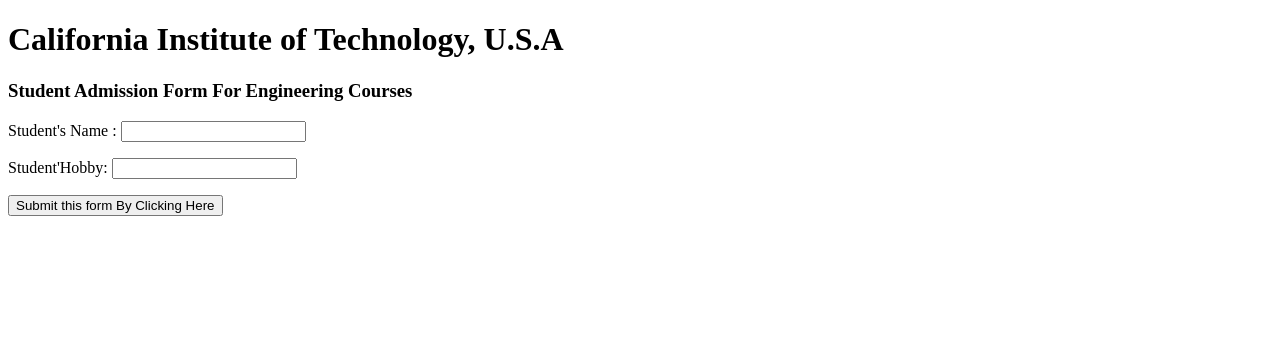
Repository: anujsachan89/Spring-MVC
Page: http://localhost/SpringMVC6/admissionForm
An editor plug-in stored every save of this project. The page is shown before and after the next save, followed by the edit.
The browser window is 1280 px wide. The pictures show the whole page.
The page is served by Tomcat 9.

Above is the page before, as saved 2017-02-04 05:32:16.

After the next save:
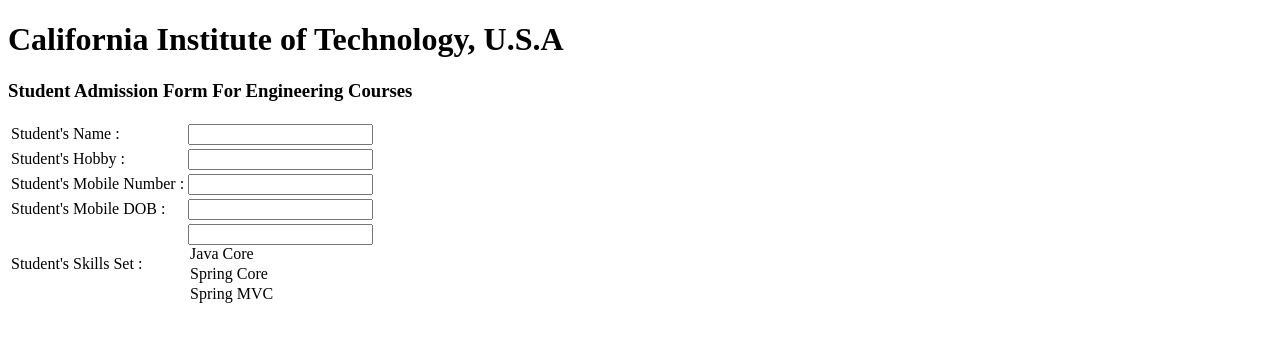
Saved 9 min 11 s later.
--- a/Spring-MVC workspace/SpringMVC6/src/main/webapp/WEB-INF/jsp/AdmissionForm.jsp
+++ b/Spring-MVC workspace/SpringMVC6/src/main/webapp/WEB-INF/jsp/AdmissionForm.jsp
@@ -10,13 +10,33 @@
 	<h1> ${headerMessage} </h1>
 	<h3>Student Admission Form For Engineering Courses</h3>
 	<form action="submitAdmissionForm" method="post">
-		<p>
-			Student's Name : <input type="text" name="studentName" />
-		</p>
-		<p>
-			Student'Hobby: <input type="text" name="studentHobby" />
-		</p>
-		<input type="Submit" value="Submit this form By Clicking Here" />
+		<table>
+		<tr>
+		<td>Student's Name : </td>	<td>				<input type = "text" name = "studentName" /> </td>
+		</tr>
+		<tr>
+		<td>Student's Hobby : </td>	<td>				<input type = "text" name = "studentHobby" /> </td>
+		</tr>
+		<tr>
+		<td>Student's Mobile Number : </td>	<td>		<input type = "text" name = "studentName" /> </td>
+		</tr>
+		<tr>
+		<td>Student's Mobile DOB : </td>	<td>		<input type = "text" name = "studentDOB" /> </td>
+		</tr>
+		<tr>
+		<td>Student's Skills Set  : </td>	<td>		<input type = "text" name = "studentSkills" multiple>
+														<option value = "Java Core"> Java Core </option>
+														<option value = "Spring Core"> Spring Core </option>
+														<option value = "Spring MVC"> Spring MVC </option>
+
+
+
+
+
+		</tr>
+
+
+		</table>
 	</form>
 </body>
 </html>
